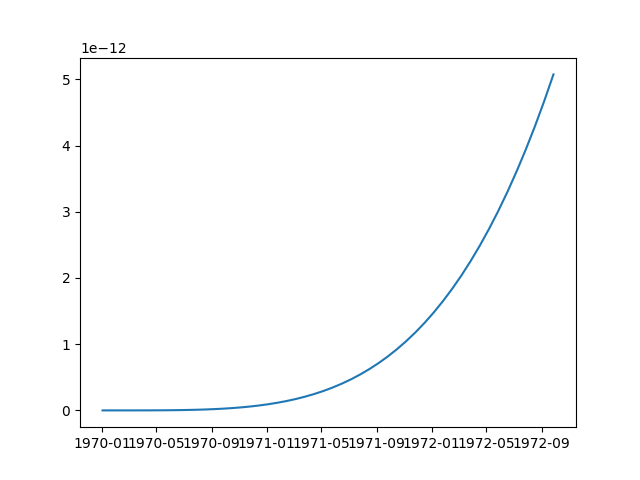
Repository: MichaelCullen2011/QuantumAndNeutrinos
Script's output: python neutrinos.py
An editor plug-in stored every save of this project. The script's output is shown before and after the next save, followed by the edit.
Random numbers start from a fixed seed.

Above is the script's output before, as saved 2021-06-02 10:09:36.

After the next save:
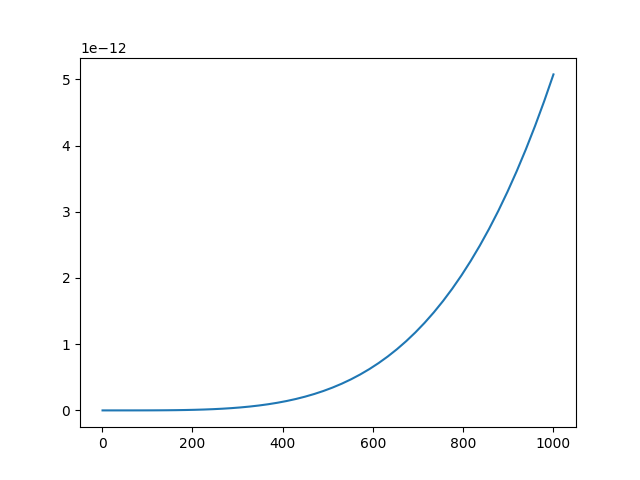
Saved 11 s later.
--- a/neutrinos.py
+++ b/neutrinos.py
@@ -377,5 +377,5 @@ for energy in energy_list:
     energy_reactions[energy] = np.average(all_values)
 
 print(energy_list)
-plt.plot_date(energy_list, energy_reactions.values(), '-')
+plt.plot(energy_list, energy_reactions.values(), '-')
 plt.show()
